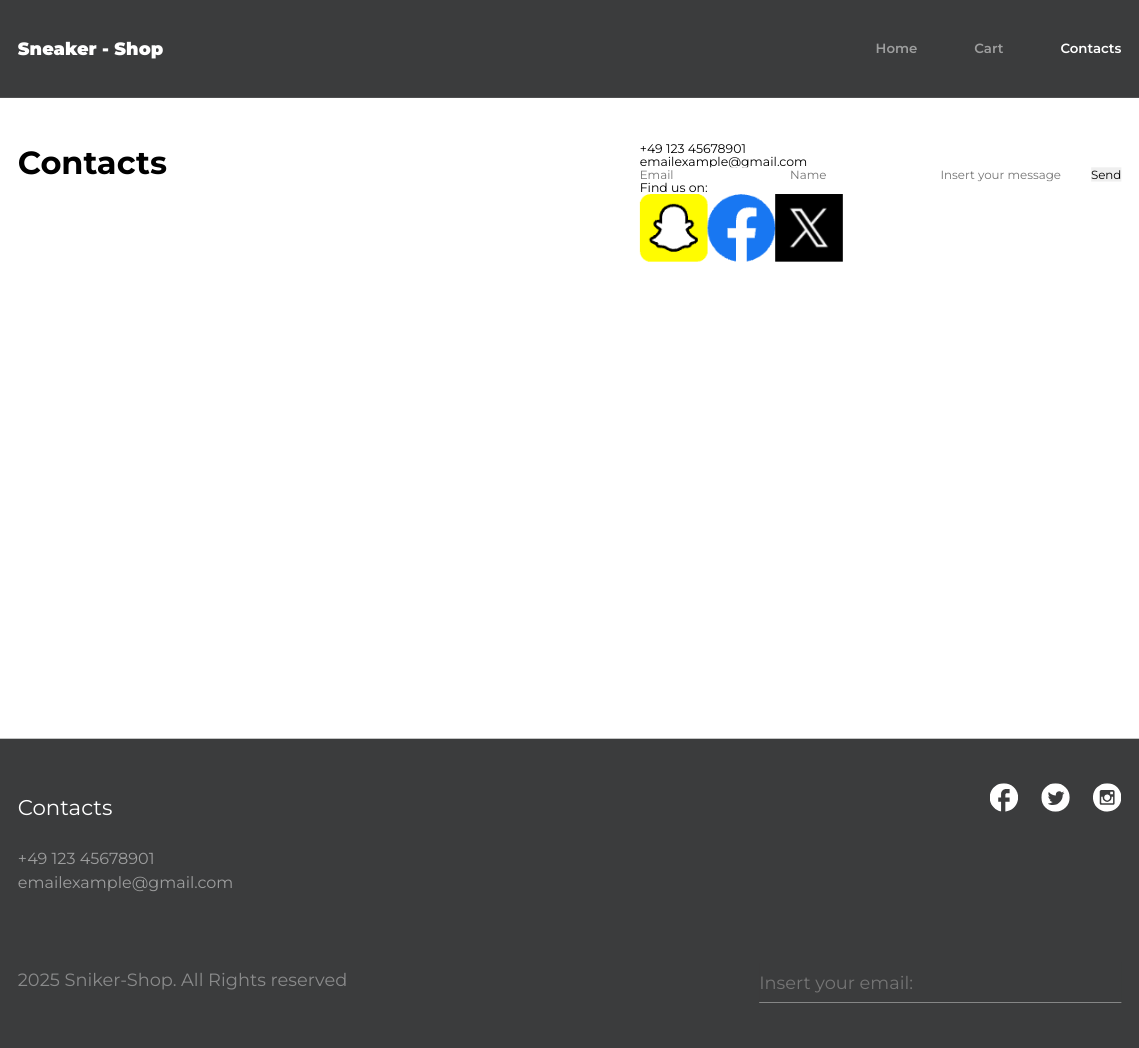
Repository: IstratiiNik/sneaker-shop
Page: /contacts
The author's editor kept a copy of each file at every save. The page is drawn from the files as they stood at one save, then again after a run of saves.
The browser window is 1280 px wide. The pictures show the whole page, at 89% of full size.
The page's requests for data from a server got no answer. The project was rebuilt for these pictures with package versions that can differ from the ones it lists, and the page was loaded fresh each time. No one was signed in, and anything a server would have sent is missing. Also part of the build but not shown: vite.config.js, src/components/News/News.module.scss, src/components/News/News.jsx, src/components/ProductCard/ProductCard.module.scss, src/components/ProductCard/ProductCard.jsx, src/components/Main/Main.module.scss, src/components/Main/Main.jsx, src/components/CartCard/CartCard.module.scss and 3 more.

Above is the page before, as saved 2025-07-03 11:22:41.

### index.html
<!DOCTYPE html>
<html lang="en">
  <head>
    <meta charset="UTF-8" />
    <link rel="icon" type="image/svg+xml" href="/vite.svg" />
    <link rel="preconnect" href="https://fonts.googleapis.com" />
    <link rel="preconnect" href="https://fonts.gstatic.com" crossorigin />
    <link
      href="https://fonts.googleapis.com/css2?family=Montserrat:ital,wght@0,100..900;1,100..900&family=Red+Hat+Display:ital,wght@0,300..900;1,300..900&display=swap"
      rel="stylesheet"
    />
    <link rel="preconnect" href="https://fonts.googleapis.com" />
    <link rel="preconnect" href="https://fonts.gstatic.com" crossorigin />
    <link
      href="https://fonts.googleapis.com/css2?family=Inter:ital,opsz,wght@0,14..32,100..900;1,14..32,100..900&family=Montserrat:ital,wght@0,100..900;1,100..900&family=Red+Hat+Display:ital,wght@0,300..900;1,300..900&display=swap"
      rel="stylesheet"
    />
    <meta name="viewport" content="width=device-width, initial-scale=1.0" />
    <title>Sneaker Shop</title>
  </head>
  <body>
    <div id="root"></div>
    <script type="module" src="/src/main.jsx"></script>
  </body>
</html>

### src/App.jsx
import { BrowserRouter as Router, Routes, Route } from "react-router-dom";

import Header from "./components/Header/Header";
import Main from "./components/Main/Main";
import Cart from "./components/Cart/Cart";
import Contacts from "./components/Contacts/Contacts";
import Footer from "./components/Footer/Footer";
import "./App.css";
import { CartProvider } from "./context/CartContext";

function App() {
  return (
    <div className="wrapper">
      <CartProvider>
        <Header />
        <main>
          <Routes>
            <Route path="/" element={<Main />} />
            <Route path="/cart" element={<Cart />} />
            <Route path="/contacts" element={<Contacts />} />
          </Routes>
        </main>
        <Footer />
      </CartProvider>
    </div>
  );
}

export default App;

### src/components/Header/Header.jsx
import React from "react";
import { NavLink } from "react-router-dom";
import styles from "./Header.module.scss";

// Header with navigation links
const Header = () => {
  return (
    <header className={styles.header}>
      <div className={styles.container}>
        <h1>Sneaker - Shop</h1>
        <nav className={styles.nav}>
          <NavLink
            to="/"
            style={({ isActive }) => ({
              color: isActive ? "#FFFFFF" : "#FFFFFF80",
            })}
          >
            Home
          </NavLink>
          <NavLink
            to="/cart"
            style={({ isActive }) => ({
              color: isActive ? "#FFFFFF" : "#FFFFFF80",
            })}
          >
            Cart
          </NavLink>
          <NavLink
            to="/contacts"
            style={({ isActive }) => ({
              color: isActive ? "#FFFFFF" : "#FFFFFF80",
            })}
          >
            Contacts
          </NavLink>
        </nav>
      </div>
    </header>
  );
};

export default Header;

### src/components/Contacts/Contacts.jsx
import React from "react";
import SnapChat from "../../assets/contacts/SnapChat.png";
import Facebook from "../../assets/contacts/Facebook.png";
import X from "../../assets/contacts/X.png";
import styles from "./Contacts.module.scss";

const Contacts = () => {
  return (
    <section className={styles.contacts}>
      <h1>Contacts</h1>
      <div className={CSSStyleDeclaration}>
			<div className={styles.contactForm}>
			  <ul>
				 <li>+49 123 45678901</li>
				 <li>emailexample@gmail.com</li>
				 <form action="#">
					<input type="email" placeholder="Email" required />
					<input type="text" placeholder="Name" required />
					<input type="textarea" placeholder="Insert your message" required />
					<button type="submit">Send</button>
				 </form>
			  </ul>
			</div>
			<div className={styles.links}>
			  <p>Find us on:</p>
			  <a href="https://www.snapchat.com">
				 <img src={SnapChat} alt="Snapchat" />
			  </a>
			  <a href="https://www.facebook.com">
				 <img src={Facebook} alt="Facebook" />
			  </a>
			  <a href="https://www.X.com">
				 <img src={X} alt="X" />
			  </a>
			</div>
		</div>
    </section>
  );
};

export default Contacts;

### src/components/Footer/Footer.jsx
import React from "react";
import styles from "./Footer.module.scss";
import facebookLogo from "../../assets/Facebook_logo.svg";
import twitterLogo from "../../assets/Twitter_logo.svg";
import instagramLogo from "../../assets/Instagram_logo.svg";

// Footer with contacts and social links
const Footer = () => {
  return (
    <footer className={styles.footer}>
      <div className={styles.container}>
        <div className={styles.footerLeft}>
          <h3>Contacts</h3>
          <div>
            <span>+49 123 45678901</span>
            <span>emailexample@gmail.com</span>
          </div>
          <p>2025 Sniker-Shop. All Rights reserved</p>
        </div>
        <div className={styles.footerRight}>
          <div>
            <a href="link.domain">
              <img src={facebookLogo} alt="facebook" />
            </a>
            <a href="link.domain">
              <img src={twitterLogo} alt="twitter" />
            </a>
            <a href="link.domain">
              <img src={instagramLogo} alt="instagram" />
            </a>
          </div>
          <input type="text" placeholder="Insert your email:" />
        </div>
      </div>
    </footer>
  );
};

export default Footer;

### src/App.css
@import "reset.css";

#root {
  font-family: Montserrat;
  margin: 0 auto;
  height: 100%;
}

.wrapper {
  min-height: 100vh;
  display: flex;
  flex-direction: column;
}
main {
  flex: 1;
}

### src/context/CartContext.jsx
import React, { createContext, useState, useContext, useEffect } from "react";
import axios from "axios";

// Create context for cart
const CartContext = createContext();

// Provider component for cart context
export const CartProvider = ({ children }) => {
  const [cartItems, setCartItems] = useState([]);

  // Fetch cart items from API on mount
  useEffect(() => {
    const fetchCartItems = async () => {
      try {
        const response = await axios.get(
          "https://6863d97e88359a373e969065.mockapi.io/cartData"
        );
        setCartItems(response.data);
      } catch (error) {
        console.error("Error when retrieving shopping cart data: ", error);
      }
    };
    fetchCartItems();
  }, []);

  // Add product to cart and update state
  const addToCart = async (product) => {
    try {
      const response = await axios.post(
        "https://6863d97e88359a373e969065.mockapi.io/cartData",
        product
      );
      setCartItems((prevItems) => [...prevItems, response.data]);
    } catch (error) {
      console.error("Error when adding cart data: ", error);
    }
  };

  // Delete product from cart and update state
  const deleteFromCart = async (product) => {
    try {
      await axios.delete(
        `https://6863d97e88359a373e969065.mockapi.io/cartData/${product.id}`
      );
      setCartItems((prevItems) =>
        prevItems.filter((item) => item.id !== product.id)
      );
    } catch (error) {
      console.error("Error when deleting an item from the cart: ", error);
    }
  };

  // Provide cart state and actions to children
  return (
    <CartContext.Provider value={{ cartItems, addToCart, deleteFromCart }}>
      {children}
    </CartContext.Provider>
  );
};

// Custom hook for using cart context
export const useCart = () => useContext(CartContext);

### src/components/Header/Header.module.scss
.header {
  background-color: rgb(59, 60, 61);
  height: 110px;
  width: 100%;
}
.container {
  max-width: 1460px;
  margin: 0 auto;
  height: 100%;
  display: flex;
  align-items: center;
  justify-content: space-between;
  padding: 0 20px;

  h1 {
    color: rgb(255, 255, 255);
    font-size: 20px;
    font-weight: 900;
    line-height: 24px;
  }
}

.nav {
  display: flex;
  gap: 64px;

  font-size: 15px;
  font-weight: 600;
  line-height: 18px;

  @media (max-width: 900px) {
    gap: 40px;
  }

  @media (max-width: 600px) {
    gap: 30px;
  }
}

### src/components/Contacts/Contacts.module.scss
.contacts {
  display: flex;
  justify-content: space-between;
  max-width: 1460px;
  min-height: 100vh;
  padding: 50px 20px;
  margin: 0 auto;

  h1 {
    font-size: 36px;
    font-weight: 700;
    line-height: 44px;

  }
}
.contactForm {
}
.links {
}

### src/components/Footer/Footer.module.scss
.footer {
  background-color: rgb(59, 60, 61);
  height: 347px;
  width: 100%;
}
.container {
  max-width: 1460px;
  margin: 0 auto;
  height: 100%;
  display: flex;
  align-items: center;
  justify-content: space-between;
  padding: 0 20px;
}

.footerLeft {
  h3 {
    color: rgb(255, 255, 255);
    font-size: 24px;
    line-height: 81%;
    margin-bottom: 40px;
  }

  div {
    display: flex;
    flex-direction: column;
    gap: 13px;

    margin-bottom: 93px;
    color: rgba(255, 255, 255, 0.5);
    font-size: 18px;
    font-weight: 400;
    line-height: 81%;
  }

  p {
    color: rgba(255, 255, 255, 0.5);
    font-size: 20px;
    line-height: 81%;
    opacity: 0.8;
  }
}

.footerRight {
  div {
    img {
      height: 32px;
      width: 32px;
    }
    display: flex;
    justify-content: end;
    gap: 26px;
    margin-bottom: 170px;
  }

  input {
    background-color: rgb(59, 60, 61);
    color: rgba(255, 255, 255, 0.5);
    font-size: 20px;
    font-weight: 400;
    line-height: 81%;
    padding: 10px 0;
    min-width: 407px;

    border-bottom: 1px solid rgba(255, 255, 255, 0.5);

    @media (max-width: 900px) {
      min-width: 0;
    }
  }
}

### src/reset.css
@charset "UTF-8";
/*Reset style*/
* {
  padding: 0;
  margin: 0;
  border: 0;
}

*,
*:before,
*:after {
  -webkit-box-sizing: border-box;
  box-sizing: border-box;
}

:focus,
:active {
  outline: none;
}

a:focus,
a:active {
  outline: none;
}

nav,
footer,
header,
aside {
  display: block;
}

html,
body {
  height: 100%;
  width: 100%;
  font-size: 100%;
  line-height: 1;
  font-size: 14px;
  -ms-text-size-adjust: 100%;
  -moz-text-size-adjust: 100%;
  -webkit-text-size-adjust: 100%;
}

input,
button,
textarea {
  font-family: inherit;
}

input::-ms-clear {
  display: none;
}

button {
  cursor: pointer;
}

button::-moz-focus-inner {
  padding: 0;
  border: 0;
}

a,
a:visited {
  text-decoration: none;
}

a:hover {
  text-decoration: underline;
}

ul li {
  list-style: none;
}

img {
  vertical-align: top;
}

h1,
h2,
h3,
h4,
h5,
h6 {
  font-size: inherit;
  font-weight: inherit;
}

/*--------------------*/

Loaded but not shown: src/main.jsx (common file)

After the next 8 saves:
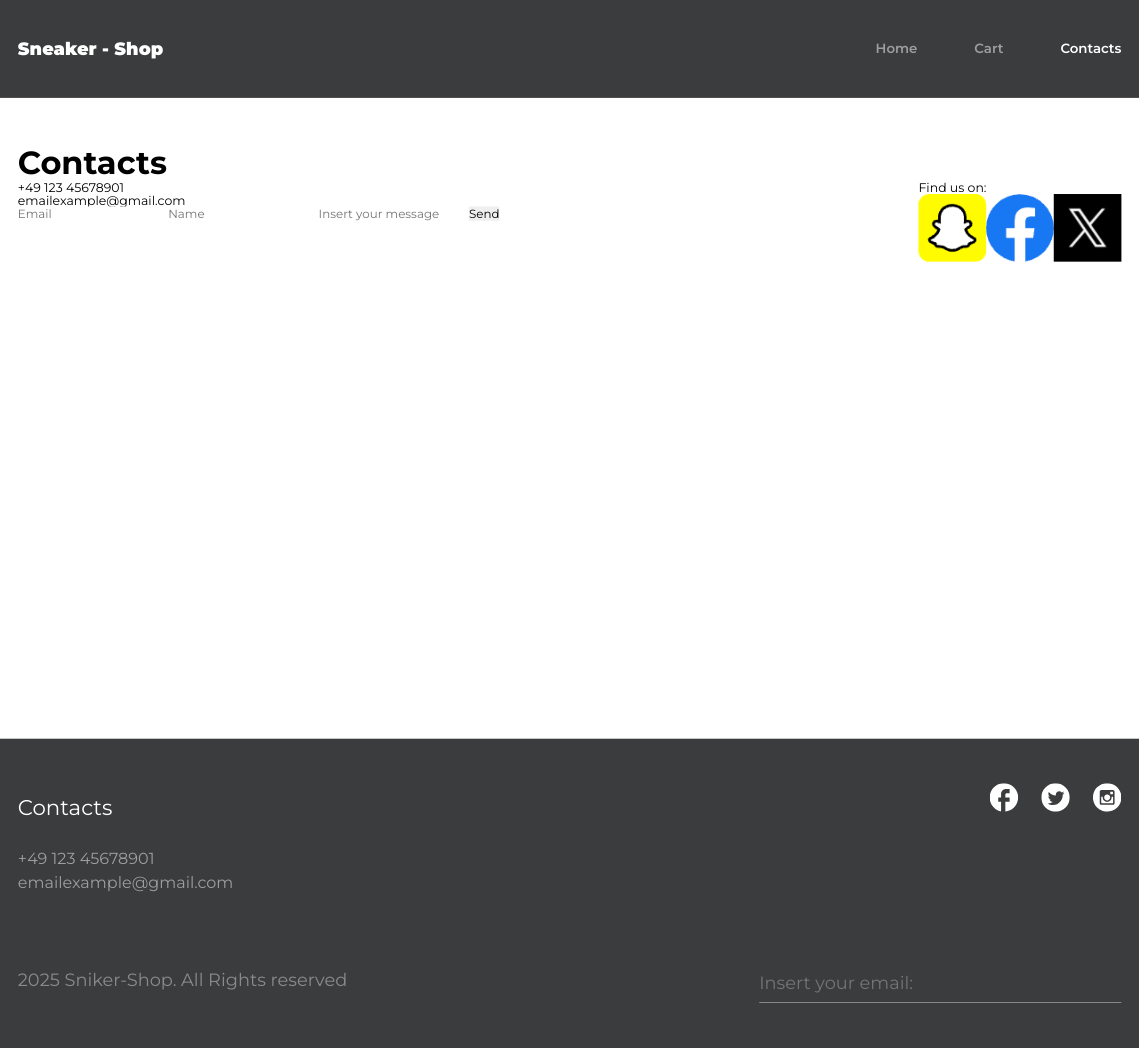
The 8 saves are shown as one change because 3 did not build or start and some came seconds apart.
The last was saved 42 s later.
--- a/src/components/Contacts/Contacts.jsx
+++ b/src/components/Contacts/Contacts.jsx
@@ -8,32 +8,36 @@ const Contacts = () => {
   return (
     <section className={styles.contacts}>
       <h1>Contacts</h1>
-      <div className={CSSStyleDeclaration}>
-			<div className={styles.contactForm}>
-			  <ul>
-				 <li>+49 123 45678901</li>
-				 <li>emailexample@gmail.com</li>
-				 <form action="#">
-					<input type="email" placeholder="Email" required />
-					<input type="text" placeholder="Name" required />
-					<input type="textarea" placeholder="Insert your message" required />
-					<button type="submit">Send</button>
-				 </form>
-			  </ul>
-			</div>
-			<div className={styles.links}>
-			  <p>Find us on:</p>
-			  <a href="https://www.snapchat.com">
-				 <img src={SnapChat} alt="Snapchat" />
-			  </a>
-			  <a href="https://www.facebook.com">
-				 <img src={Facebook} alt="Facebook" />
-			  </a>
-			  <a href="https://www.X.com">
-				 <img src={X} alt="X" />
-			  </a>
-			</div>
-		</div>
+      <div className={styles.contentContainer}>
+        <div className={styles.contactForm}>
+          <ul>
+            <li>+49 123 45678901</li>
+            <li>emailexample@gmail.com</li>
+            <form action="#">
+              <input type="email" placeholder="Email" required />
+              <input type="text" placeholder="Name" required />
+              <input
+                type="textarea"
+                placeholder="Insert your message"
+                required
+              />
+              <button type="submit">Send</button>
+            </form>
+          </ul>
+        </div>
+        <div className={styles.links}>
+          <p>Find us on:</p>
+          <a href="https://www.snapchat.com">
+            <img src={SnapChat} alt="Snapchat" />
+          </a>
+          <a href="https://www.facebook.com">
+            <img src={Facebook} alt="Facebook" />
+          </a>
+          <a href="https://www.X.com">
+            <img src={X} alt="X" />
+          </a>
+        </div>
+      </div>
     </section>
   );
 };
--- a/src/components/Contacts/Contacts.module.scss
+++ b/src/components/Contacts/Contacts.module.scss
@@ -1,6 +1,4 @@
 .contacts {
-  display: flex;
-  justify-content: space-between;
   max-width: 1460px;
   min-height: 100vh;
   padding: 50px 20px;
@@ -10,9 +8,14 @@
     font-size: 36px;
     font-weight: 700;
     line-height: 44px;
-
   }
 }
+
+.contentContainer {
+  display: flex;
+  justify-content: space-between;
+}
+
 .contactForm {
 }
 .links {
